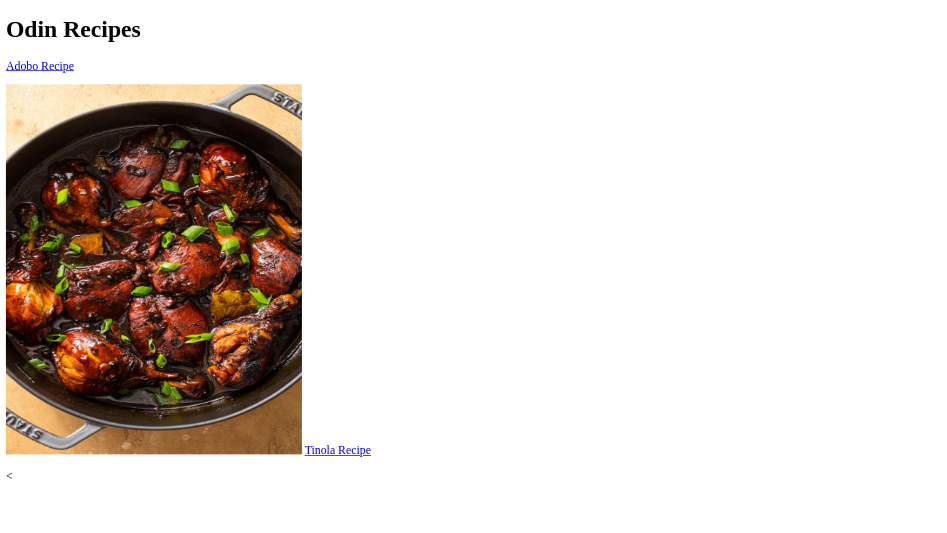
Repository: StevePrado/odin-recipes
Page: index.html
The author's editor kept a copy of each file at every save. The page is drawn from the files as they stood at one save, then again after the next save.
The browser window is 1280 px wide. The pictures show the whole page, at 74% of full size.

Above is the page before, as saved 2026-09-19 09:16:34.

### index.html
<!DOCTYPE html>
<html lang="en">
<head>
  <meta charset="UTF-8">
  <meta name="viewport" content="width=device-width, initial-scale=1.0">
  <title>Document</title>
</head>
<body>
  <h1>Odin Recipes</h1>
  <a href="recipes/adobo.html">Adobo Recipe</a>
  <p></p>
  <img src="assets/adobo.jpg" alt="Adobo Dish Picture" height="500" width="400">

  <a href="recipes/tinola.html">Tinola Recipe</a>
  <p></p>
  <


</body>
</html>

After the next save:
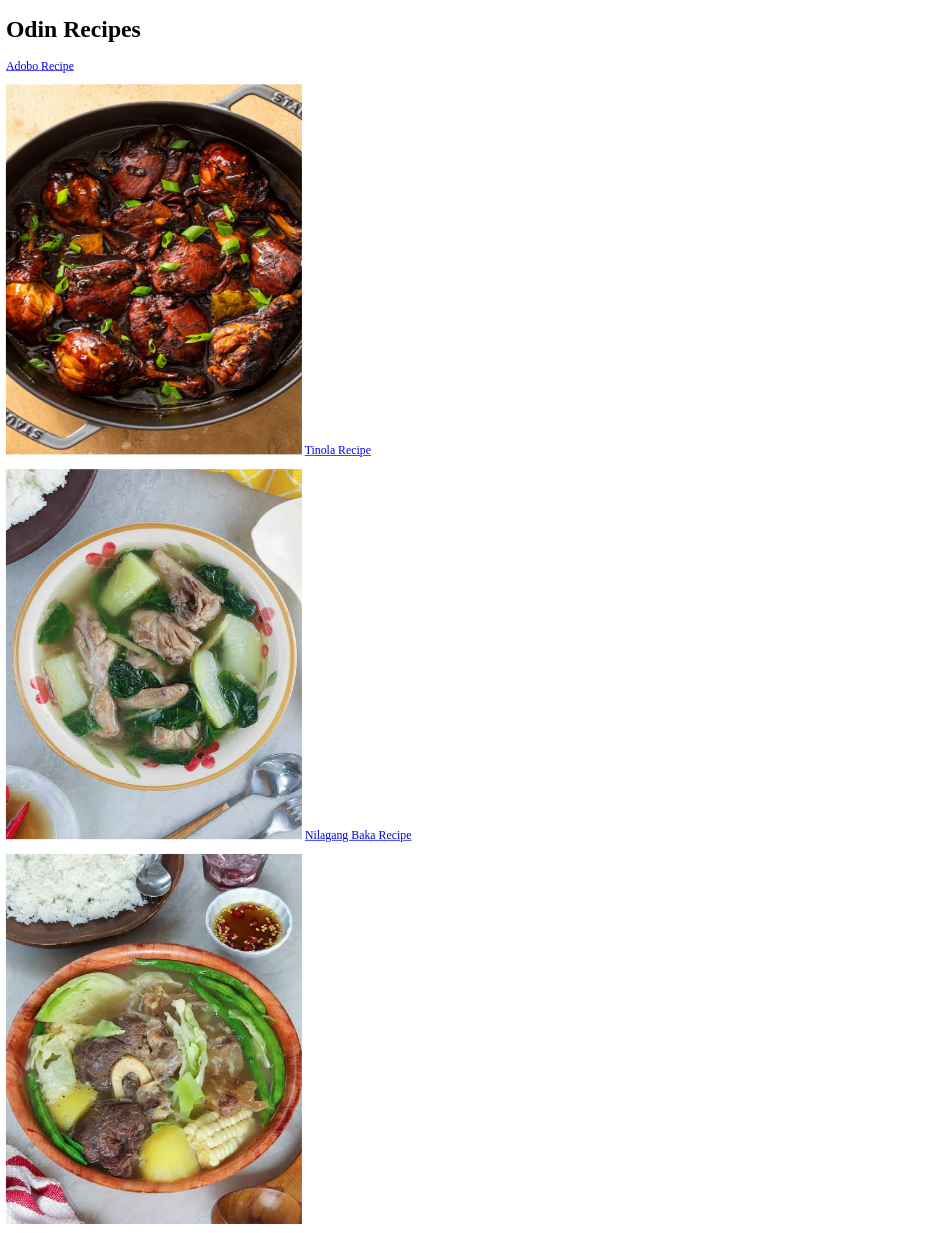
Saved 4 min 32 s later.
--- a/index.html
+++ b/index.html
@@ -13,7 +13,11 @@
 
   <a href="recipes/tinola.html">Tinola Recipe</a>
   <p></p>
-  <
+  <img src="assets/tinola.jpg" alt="Tinola Dish Picture" height="500" width="400">
+
+  <a href="recipes/nilagang-baka.html">Nilagang Baka Recipe</a>
+  <p></p>
+  <img src="assets/nilagang-baka.jpg" alt="Nilagang Baka Dish Picture" height="500" width="400">
 
 
 </body>
